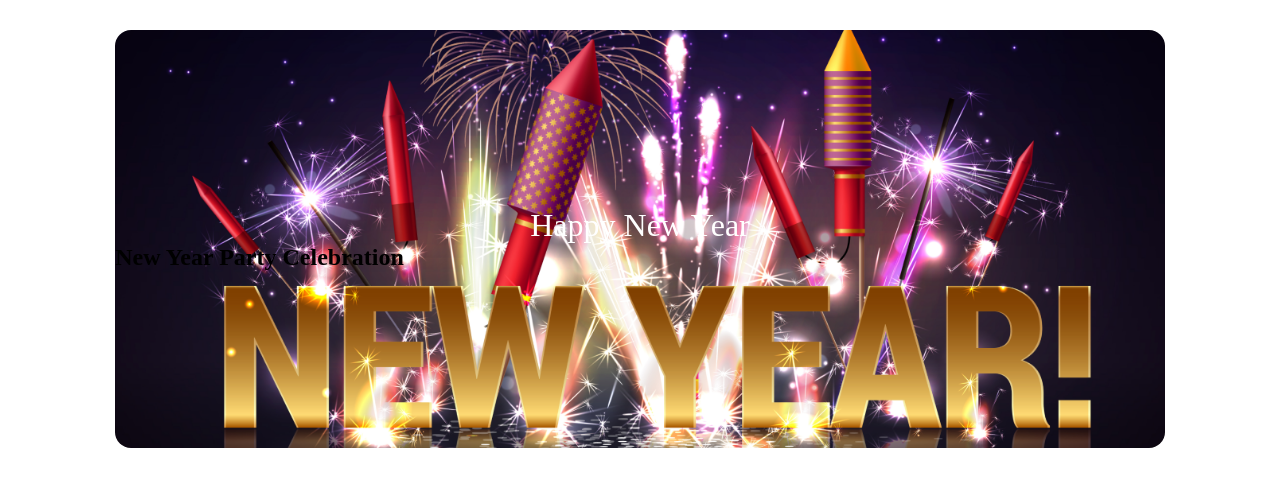
Repository: rahmatahmedrifat/First-Assignment
Page: index.html
These files come from the project's save history. The page is drawn as it stood at one moment and after the next save; the edit follows.
The browser window is 1280 px wide. The pictures show the whole page.

Above is the page before, as saved 2024-01-07 23:34:31.

After the next save:
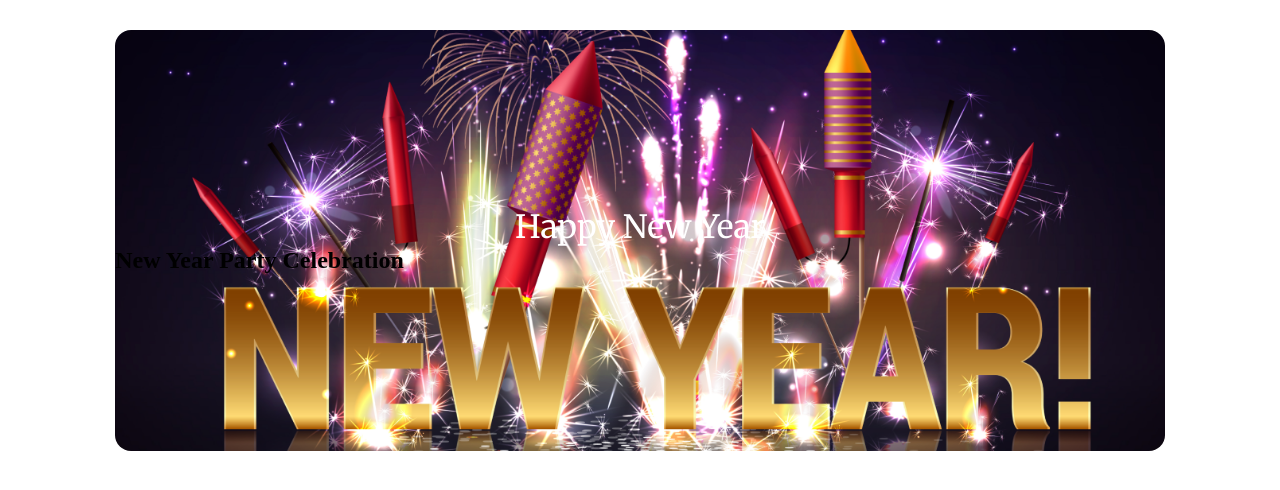
Saved 3 min 15 s later.
--- a/Style/style.css
+++ b/Style/style.css
@@ -1,4 +1,5 @@
-
+/* import google fonts */
+@import url('https://fonts.googleapis.com/css2?family=Inter:wght@100;200;300;400;500;600;700;800;900&family=Merriweather:ital,wght@0,300;0,400;0,700;0,900;1,300;1,400;1,700;1,900&display=swap');
 
 *{
     margin: 0;
